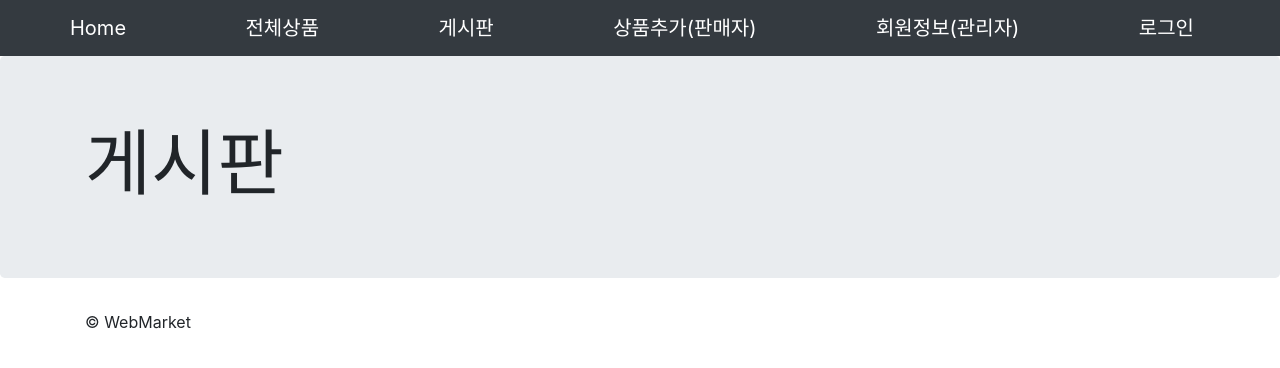
Repository: davisbyun/ai
Page: http://localhost/WebMarket/board/boardDelete.jsp
An editor plug-in stored every save of this project. The page is shown before and after the next save, followed by the edit.
The browser window is 1280 px wide. The pictures show the whole page.
The page is served by Tomcat 9.

Above is the page before, as saved 2024-01-30 00:47:22.

After the next save:
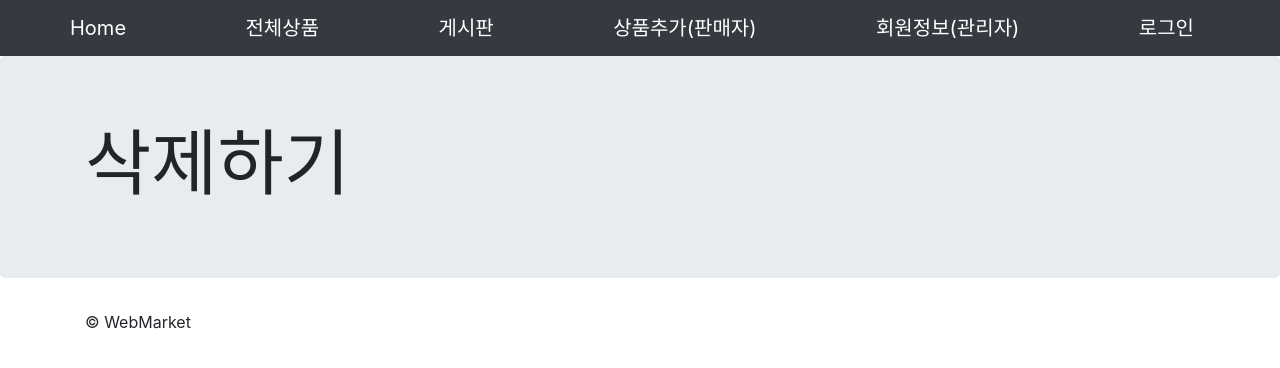
Saved 3 s later.
--- a/WebMarket/src/main/webapp/board/boardDelete.jsp
+++ b/WebMarket/src/main/webapp/board/boardDelete.jsp
@@ -5,7 +5,7 @@
 <body>
 <head>
 <meta charset="UTF-8">
-<title>boardDelete.jsp 게시글 리스트 </title>
+<title>boardDelete.jsp 게시글 삭제하기 </title>
 <link rel="stylesheet" href="./css/bootstrap.min.css" />
 
 </head>
@@ -13,7 +13,7 @@
   <jsp:include page="../menu.jsp"></jsp:include>
   <div class="jumbotron">
     <div class="container">
-        <h1 class="display-3"> 게시판 </h1>
+        <h1 class="display-3"> 삭제하기 </h1>
     </div>
   </div>
 
